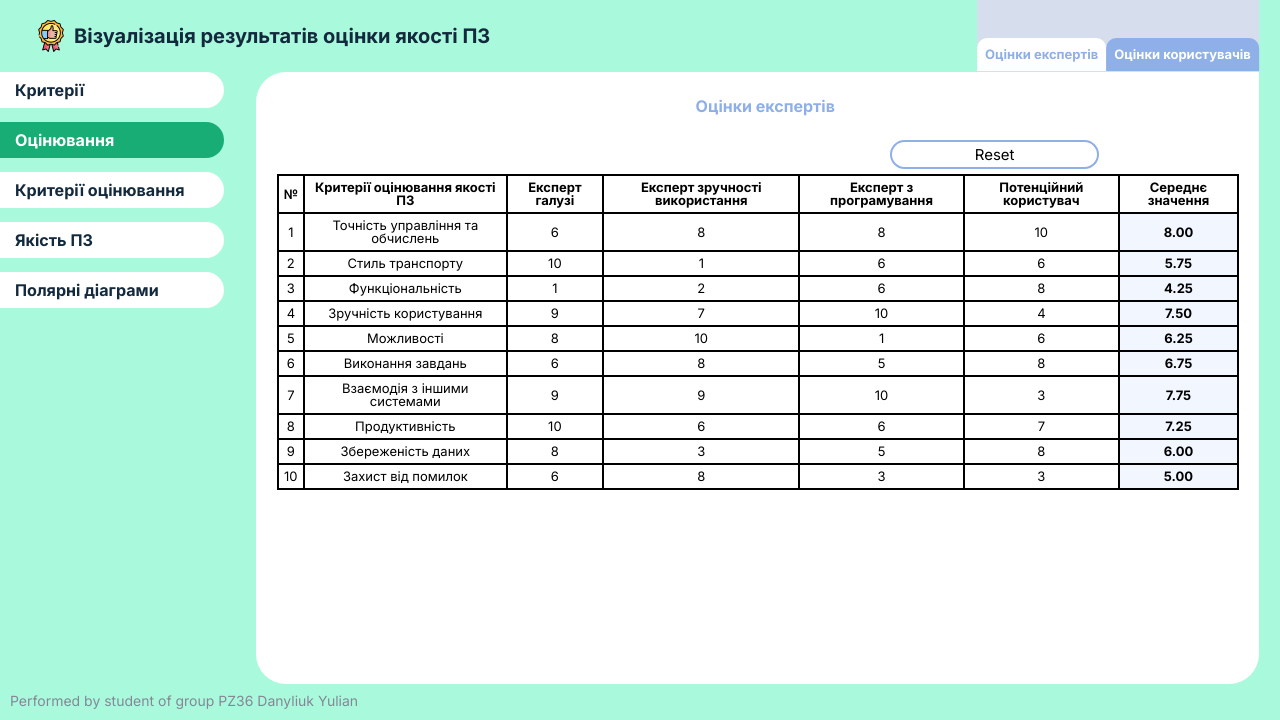
Repository: Akmitliviy/SA
Page: Lab06/lab6/Evaluation.html
The author's editor kept a copy of each file at every save. The page is drawn from the files as they stood at one save, then again after the next save.
The browser window is 1280 px wide. The pictures show the whole page.

Above is the page before, as saved 2023-12-07 00:06:11.

### Lab06/lab6/Evaluation.html
<!DOCTYPE html>
<html lang="en">

<head>

    <meta charset="utf-8">
    <meta http-equiv="X-UA-Compatible" content="IE=edge">
    <meta name="viewport" content="width=device-width, initial-scale=1, shrink-to-fit=no">
    <meta name="description" content="">
    <meta name="author" content="">

    <title>Results visualization</title>
    <script src="https://cdnjs.cloudflare.com/ajax/libs/mathjs/11.3.0/math.min.js"></script>
    <link rel="shortcut icon" type="image/png" href="img/icon.png">

    <!-- Custom fonts for this template-->
    <link href="vendor/fontawesome-free/css/all.min.css" rel="stylesheet" type="text/css">
    <link
        href="https://fonts.googleapis.com/css?family=Nunito:200,200i,300,300i,400,400i,600,600i,700,700i,800,800i,900,900i"
        rel="stylesheet">

    <!-- Custom styles for this template-->
    <link rel="stylesheet" href="https://fonts.googleapis.com/css2?family=Inter:wght@400;700&display=swap">
    <link href="css/sb-admin-2.css" rel="stylesheet">
    <link href="css/ResultsVisualization.css" rel="stylesheet">
</head>

<body id="page-top">

    <!-- Topbar -->
    <nav class="navbar">
        <!-- Sidebar Toggler (Sidebar) -->
        <div class="d-flex align-items-center justify-content-left">
            <img class="pl-4" src="img/icon.png" alt="icon">
            <span class="ml-2">Візуалізація результатів оцінки якості ПЗ</span>
        </div>
        <!-- Topbar Navbar -->
        <ul class="navbar-nav ml-auto">

        </ul>
    </nav>
    <div class="tabs">
        <button class="tablink" onclick="openPage('expert-evaluation-content', this)" id="defaultOpen">Оцінки експертів</button>
        <button class="tablink" onclick="openPage('user-evaluation-content', this)" title="Оцінки потенційних користувачів">Оцінки користувачів</button>
    </div>
    <!-- Page Wrapper -->
    <div id="wrapper">

        <!-- Sidebar -->
        <ul class="navbar-nav  sidebar  accordion" id="accordionSidebar">

            <li class="nav-item">
                <a class="nav-link pb-2"  href="Criteria.html">
                    <div class="d-flex align-items-center justify-content-left">
                        <span>Критерії</span>
                    </div>
                </a>
            </li>

            <li class="nav-item">
                <a class="nav-link pt-2 pb-2">
                    <div class="d-flex align-items-center justify-content-left" style="background-color: rgb(24, 173, 116); color: white;">
                        <span>Оцінювання</span>
                    </div>
                </a>
            </li>

            <li class="nav-item">
                <a class="nav-link pt-2 pb-2" href="EvaluationCriteria.html">
                    <div class="d-flex align-items-center justify-content-left">
                        <span>Критерії оцінювання</span>
                    </div>
                </a>
            </li>

            <li class="nav-item">
                <a class="nav-link pt-2 pb-2" href="SoftwareQuality.html">
                    <div class="d-flex align-items-center justify-content-left">
                        <span>Якість ПЗ</span>
                    </div>
                </a>
            </li>

            <li class="nav-item">
                <a class="nav-link pt-2 pb-2" href="PolarDiagrams.html">
                    <div class="d-flex align-items-center justify-content-left">
                        <span>Полярні діаграми</span>
                    </div>
                </a>
            </li>

        </ul>
        <!-- End of Sidebar -->

        <!-- Content Wrapper -->
        <div id="content-wrapper" class="d-flex flex-column">
            <!-- Main Content -->
            <div id="content">
                <div id="expert-evaluation-content" class="tabcontent" style="border-top-left-radius: 30px; border-bottom-left-radius: 30px; border-bottom-right-radius: 30px;">
                    <div  style="width: 100%;">
                        <p class="mt-4 mb-4 ml-4">Оцінки експертів</p>
                        <div class="d-flex justify-content-end" style="margin-right: 10px;">
                            <button class="select-all" onclick="reset(this)" data-table="0" data-key="table2Key" data-i1="1" data-i2="11" data-j1="2" data-j2="7">Reset</button>
                        </div>
                        <div class="ml-4 table-2"></div>
                    </div>
                </div>
                <div id="user-evaluation-content" class="tabcontent" style="border-top-left-radius: 30px; border-bottom-left-radius: 30px; border-bottom-right-radius: 30px;">
                    <div  style="width: 100%;">
                        <p class="mt-4 mb-4 ml-4">Оцінки потенційних користувачів</p>
                        <div class="d-flex justify-content-end" style="margin-right: 10px;">
                            <button class="select-all" onclick="reset(this)" data-table="1" data-key="table3Key" data-i1="1" data-i2="11" data-j1="2" data-j2="23">Reset</button>
                        </div>
                        <div class="ml-4 table-3 mr-4"></div>
                    </div>
                </div>

                <!-- Page Heading -->
            </div>
            <!-- End of Main Content -->
        </div>
        <!-- End of Content Wrapper -->
    </div>
    <!-- End of Page Wrapper -->

    <!-- Footer -->
    <footer class="footer">

            <div class="copyright text-left my-auto">
                <span>Performed by student of group PZ36 Danyliuk Yulian</span>
            </div>

    </footer>
    <!-- End of Footer -->

    <!-- Bootstrap core JavaScript-->
    <script src="vendor/jquery/jquery.min.js"></script>
    <script src="vendor/bootstrap/js/bootstrap.bundle.min.js"></script>

    <!-- Core plugin JavaScript-->
    <script src="vendor/jquery-easing/jquery.easing.min.js"></script>

    <!-- Custom scripts for all pages-->
    <script src="js/sb-admin-2.js"></script>
    <script src="js/tabs.js"></script>
    <script src="js/functions.js"></script>
    <script src="js/createTable2.js"></script>
    <script src="js/createTable3.js"></script>
</body>

</html>

### Lab06/lab6/css/ResultsVisualization.css
  /*Обнулення*/
  *{
      padding: 0;
      margin: 0;
      border: 0;
    }
    *,*:before,*:after{
      -moz-box-sizing: border-box;
      -webkit-box-sizing: border-box;
      box-sizing: border-box;
    }
    :focus,:active{outline: none;}
    a:focus,a:active{outline: none;}
    nav,footer,header,aside{display: block;}
    html,body{
      height: 100%;
      width: 100%;
      font-size: 100%;
      line-height: 1;
      font-size: 14px;
      -ms-text-size-adjust: 100%;
      -moz-text-size-adjust: 100%;
      -webkit-text-size-adjust: 100%;
    }
    input,button,textarea{font-family:inherit;}
    input::-ms-clear{display: none;}
    button{cursor: pointer;}
    button::-moz-focus-inner {padding:0;border:0;}
    a, a:visited{text-decoration: none;}
    a:hover{text-decoration: none;}
    ul li{list-style: none;}
    img{vertical-align: top;}
    h1,h2,h3,h4,h5,h6{font-size:inherit;font-weight: 400;}

  body {
      background-color: rgb(169, 250, 220);
      overflow: hidden; /* Заборона прокрутки на рівні тіла сторінки */
      height: 100%;
      margin: 0;
      font-family: 'Inter', sans-serif;
  }

  .navbar{
    height: 10%;
  }

  .nav-item img {
      width: 25%;
  }

  #wrapper {
      height: 85%; /* 100% висота відносно видимого вікна */
      overflow: hidden; /* Заборона прокрутки в обгортці */
  }

  #content-wrapper {
      /*height: calc(100vh - 56px); /* 56px - висота вашого навбару */
      overflow: hidden;
      display: flex;
      flex-direction: column;
      position: relative; /* Зробимо wrapper відносної позиції */
  }

  #content {
      flex-grow: 1;
      overflow-y: auto;
      overflow: hidden;
  }

  .footer {
      height: 5%;
      background-color: transparent; /* Колір фону вашого футера */
      padding: 10px;
      text-align: center;
      margin-top: auto; /* Розміщення футера внизу контейнера */
  }

  .nav-item span {
    font-family: 'Inter', sans-serif;
    font-weight: bold;
    font-size: 40px;
    margin-left: 5px;
  }

  .nav-item div {
    color: #13293D;
    text-decoration: none;
    background-color: white;
    border-top-right-radius: 30px;
    border-bottom-right-radius: 30px;
    padding: 10px;
  }

  .nav-item img {
    width: 20%;
    margin-right: 10px;
    height: 30px;
    width: 30px;
  }

  .navbar span {
    font-family: 'Inter', sans-serif;
    font-weight: bold;
    font-size: 20px;
    margin-left: 5px;
    color:#13293D;
  }

  .tabs {
    position: absolute;
    top: 0;
    left: 98.35%;
    transform: translateX(-100%);
    z-index: 2;
    background-color: #D6DEEE;
    display: flex;
    flex-direction: row;
    padding-top: 38px;
    width: max-content; /* Змінено на max-content */
  }


.sidebar-toggled .tabs {
      left: 98% !important;
}


  .tablink {
    background-color: rgb(24, 173, 116);
    color: rgb(24, 173, 116);
    border: none;
    outline: none;
    cursor: pointer;
    padding: 10px 8px;
    font-size: 13px;
    font-weight: 600;
    box-sizing: border-box;
    text-align: center;
    border-top-left-radius: 10px;
    border-top-right-radius: 10px;
  }

  .tablink:hover {
    background-color: rgb(24, 173, 116)
    }


#defaultOpen {
  background-color: white;
  color: #8EAFE8;
}

.tabcontent {
  display: flex;
  flex-direction: row;
  align-items: stretch;
  margin-right: 5%;
  margin-left: 3%;
}

#criteria-content,
#field-diagram-content,
#usability-diagram-content,
#programming-diagram-content,
#users-diagram-content,
#aggregated-diagram-content,
#generalized-diagram-content,
#expert-evaluation-content,
#user-evaluation-content,
#expert-type-content,
#calculation-results-content{
    background-color: white;
    height: 100%;
    width: 95%;
    overflow: hidden;
  }

p{
  color: #8EAFE8;
  font-size: 16px;
  font-weight: bold;
  padding: 5px 5px 5px 0px;
  text-align: center;
}

.table-container {
  max-height: 100px; /* Set a max height for the container */
  overflow-y: auto; /* Enable vertical scrolling */
  margin-bottom: 15px;
}

table, th, td {
  border: 2px solid black;
  font-family: 'Inter', sans-serif;
  font-size: 13px;
  color: black;
  padding: 5px;
  text-align: center;
}

.select-all{
  font-family: 'Inter', sans-serif;
  font-size: 15px;
  border-radius: 20px;
  border: solid #8EAFE8 2px;
  background-color: white;
  width: 21%;
  margin-left: auto;
  margin-bottom: 5px;
  margin-right: 150px;
  padding: 5px;
}


/* Зелений колір для низького пріоритету */
.low-priority {
  background-color: #CCFFE5; /* Зелений колір */
}

/* Жовтий колір для середнього пріоритету */
.medium-priority {
  background-color: #FFFFCC; /* Жовтий колір */
}

/* Червоний колір для високого пріоритету */
.high-priority {
  background-color: #FFCCCC; /* Червоний колір */
}

input {
  background-color: transparent;
}

.invalid-input {
  background-color: #ffe6e6; /* Фон червоного кольору */
  color: red; /* Колір тексту червоний */
}

.table-2,
.table-3 {
  width: 100%; /* або будь-яке інше значення, яке вам потрібно */
  height: 433px; /* або будь-яке інше значення, яке вам потрібно */
  overflow: auto; /* додати горизонтальний та вертикальний scrollbars, коли вони необхідні */
  padding-right: 20px;
}

.table-1 tr td:last-child,
.table-2 tr td:last-child,
.table-3 tr td:last-child,
.table-4 tr td:last-child {
  background-color: #F2F6FF;
  font-weight: bold;
}

.centered-items {
  display: flex;
  align-items: center;     /* Center items vertically */
  flex-direction: column;  /* Stack children vertically */
}

.canvaDiagram {
  margin-top: 80px;
}

### Lab06/lab6/js/sb-admin-2.js
(function($) {
  "use strict"; // Start of use strict

  // Toggle the side navigation
  $("#sidebarToggle, #sidebarToggleTop").on('click', function(e) {
    $("body").toggleClass("sidebar-toggled");
    $(".sidebar").toggleClass("toggled");
    if ($(".sidebar").hasClass("toggled")) {
      $('.sidebar .collapse').collapse('hide');
    };
  });

  // Close any open menu accordions when window is resized below 768px
  $(window).resize(function() {
    if ($(window).width() < 768) {
      $('.sidebar .collapse').collapse('hide');
    };

    // Toggle the side navigation when window is resized below 480px
    if ($(window).width() < 480 && !$(".sidebar").hasClass("toggled")) {
      $("body").addClass("sidebar-toggled");
      $(".sidebar").addClass("toggled");
      $('.sidebar .collapse').collapse('hide');
    };
  });

  // Prevent the content wrapper from scrolling when the fixed side navigation hovered over
  $('body.fixed-nav .sidebar').on('mousewheel DOMMouseScroll wheel', function(e) {
    if ($(window).width() > 768) {
      var e0 = e.originalEvent,
        delta = e0.wheelDelta || -e0.detail;
      this.scrollTop += (delta < 0 ? 1 : -1) * 30;
      e.preventDefault();
    }
  });

  // Scroll to top button appear
  $(document).on('scroll', function() {
    var scrollDistance = $(this).scrollTop();
    if (scrollDistance > 100) {
      $('.scroll-to-top').fadeIn();
    } else {
      $('.scroll-to-top').fadeOut();
    }
  });

  // Smooth scrolling using jQuery easing
  $(document).on('click', 'a.scroll-to-top', function(e) {
    var $anchor = $(this);
    $('html, body').stop().animate({
      scrollTop: ($($anchor.attr('href')).offset().top)
    }, 1000, 'easeInOutExpo');
    e.preventDefault();
  });

})(jQuery); // End of use strict

### Lab06/lab6/js/tabs.js
function openPage(pageName, elmnt) {
  var i, tabcontent, tablinks;
  tabcontent = document.getElementsByClassName("tabcontent");
  for (i = 0; i < tabcontent.length; i++) {
    tabcontent[i].style.display = "none";
  }
  tablinks = document.getElementsByClassName("tablink");
  for (i = 0; i < tablinks.length; i++) {
    tablinks[i].style.backgroundColor = "#8EAFE8";
    tablinks[i].style.color = "white";
  }
  var selectedPage = document.getElementById(pageName);
  selectedPage.style.display = "flex";
  elmnt.style.backgroundColor = "white";
  elmnt.style.color = "#8EAFE8";
}

// Get the element with id="defaultOpen" and click on it
document.getElementById("defaultOpen").click();

### Lab06/lab6/js/createTable2.js
function generateTable2() {
    const div = document.querySelector(".table-2");
    const table = document.createElement("table");
    let thead = document.createElement("thead");
    table.style.border = "1";

    // Create header
    const headerRow = document.createElement("tr");
    const criteriaHeader = document.createElement("th");
    const th1 = document.createElement("th");
    th1.textContent = "№";
    criteriaHeader.textContent = "Критерії оцінювання якості ПЗ";
    headerRow.appendChild(th1);
    headerRow.appendChild(criteriaHeader);
    const headers = ["Експерт галузі", "Експерт зручності використання", "Експерт з програмування", "Потенційний користувач", "Середнє значення"];
    headers.forEach(header => {
        const th = document.createElement("th");
        th.textContent = header;
        headerRow.appendChild(th);
    });
    thead.appendChild(headerRow);
    table.appendChild(thead);


    let tbody = document.createElement("tbody");

    generateTableRows(10, 7, tbody);
    table.appendChild(tbody);
    table.classList.add("mr-4");
    table.setAttribute("data-key", "table2Key");
    div.appendChild(table);

    fillTableWithStaticData(table);
    fillTableWithRandomNumbers(table,table.getAttribute("data-key"), 1, 11, 2, 6);
    fillPotencialUsers();
}

window.addEventListener("load", function() {
    generateTable2();
    let table = document.querySelectorAll("table")[0];
    addInputListeners(table, 1, 11, 2, 7);
    calculateAverage(table, 1, 11, 2, 7);
    saveDataToLocalStorage(table,table.getAttribute("data-key"),1, 11, 2, 7);
});

function fillPotencialUsers() {
    let table = document.querySelectorAll('table')[0];
    let localStorageArray = JSON.parse(localStorage.getItem('table3Key'));
    if (!localStorageArray) return;
    for(let i = 1; i <= 10; i++) {
        table.rows[i].cells[5].textContent = parseFloat(localStorageArray[i-1]['cell22']);
    }

}

### Lab06/lab6/js/createTable3.js
function generateTable3() {
    const div = document.querySelector(".table-3");
    const table = document.createElement("table");
    let thead = document.createElement("thead");
    table.style.border = "1";

    // Create header
    const headerRow = document.createElement("tr");
    const criteriaHeader = document.createElement("th");
    const th1 = document.createElement("th");
    th1.textContent = "№";
    criteriaHeader.textContent = "Критерії оцінювання якості ПЗ";
    headerRow.appendChild(th1);
    headerRow.appendChild(criteriaHeader);
    let headers = [];
    for (let i = 1; i <= 20; i++) {
        headers.push("User" + i);
    }
    headers.push("Середнє значення");
    headers.forEach(header => {
        const th = document.createElement("th");
        th.textContent = header;
        headerRow.appendChild(th);
    });
    thead.appendChild(headerRow);
    table.appendChild(thead);


    let tbody = document.createElement("tbody");

    generateTableRows(10, 23, tbody);
    table.appendChild(tbody);
    table.classList.add("mr-4");
    table.setAttribute("data-key", "table3Key");
    div.appendChild(table);

    fillTableWithStaticData(table);
    fillTableWithRandomNumbers(table,table.getAttribute("data-key"), 1, 11, 2, 23);
}

window.addEventListener("load", function() {
    generateTable3();
    let table = document.querySelectorAll("table")[1];
    addInputListeners(table, 1, 11, 2, 23);
    calculateAverage(table, 1, 11, 2, 23);
    saveDataToLocalStorage(table,table.getAttribute("data-key"),1, 11, 2, 23);
});

Loaded but not shown: Lab06/lab6/vendor/fontawesome-free/css/all.min.css (library); Lab06/lab6/css/sb-admin-2.css (library); Lab06/lab6/vendor/jquery/jquery.min.js (library); Lab06/lab6/vendor/bootstrap/js/bootstrap.bundle.min.js (library); Lab06/lab6/vendor/jquery-easing/jquery.easing.min.js (common file); Lab06/lab6/js/functions.js (274 lines, source omitted)

After the next save:
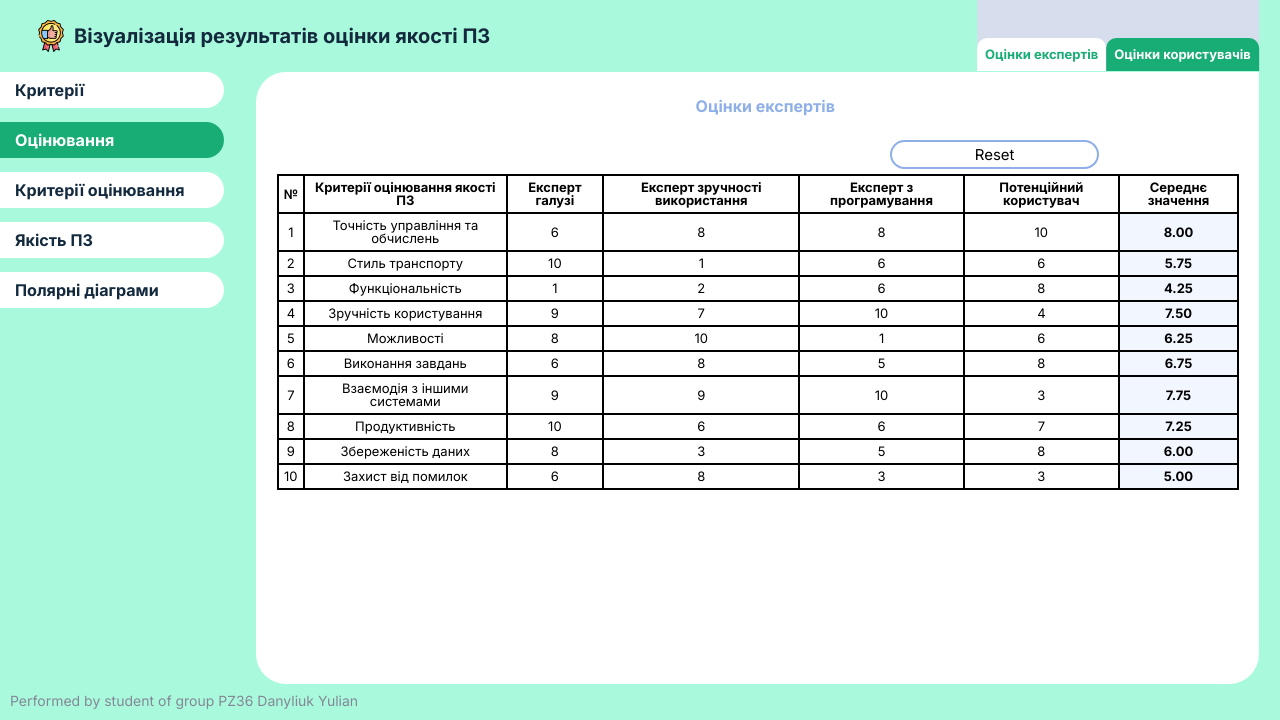
Saved 4 min 54 s later.
--- a/Lab06/lab6/js/tabs.js
+++ b/Lab06/lab6/js/tabs.js
@@ -6,13 +6,13 @@ function openPage(pageName, elmnt) {
   }
   tablinks = document.getElementsByClassName("tablink");
   for (i = 0; i < tablinks.length; i++) {
-    tablinks[i].style.backgroundColor = "#8EAFE8";
+    tablinks[i].style.backgroundColor = "rgb(24, 173, 116)";
     tablinks[i].style.color = "white";
   }
   var selectedPage = document.getElementById(pageName);
   selectedPage.style.display = "flex";
   elmnt.style.backgroundColor = "white";
-  elmnt.style.color = "#8EAFE8";
+  elmnt.style.color = "rgb(24, 173, 116)";
 }
 
 // Get the element with id="defaultOpen" and click on it
